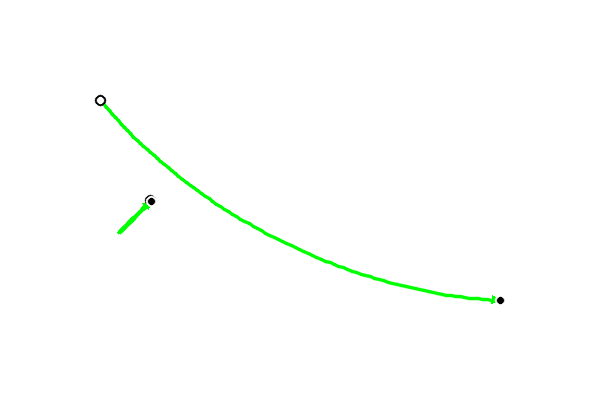
Repository: lilianna111/PiLoT_v2_rebuttal
Script's output: python Pilot_0528/preprocess/vis/vis_feicuiwan/test.py
The author's editor kept a copy of each file at every save. The script's output is drawn from the files as they stood at one save, then again after a run of saves.
Random numbers start from a fixed seed.

Above is the script's output before, as saved 2025-07-31 12:39:11.

### Pilot_0528/preprocess/vis/vis_feicuiwan/test.py
import cv2
import numpy as np

def draw_curved_arrow(img, pt1, pt2, color=(0, 255, 0), thickness=2,
                      arrow_size=8, curve_offset=60):
    """
    使用三次贝塞尔曲线画柔和大弧度箭头
    - curve_offset: 控制两侧控制点向外弯曲的距离（越大越柔和）
    """
    pt1 = np.array(pt1, dtype=np.float32)
    pt2 = np.array(pt2, dtype=np.float32)
    direction = pt2 - pt1
    length = np.linalg.norm(direction)
    if length < 1e-6:
        return

    dir_unit = direction / length
    ortho = np.array([-dir_unit[1], dir_unit[0]])

    # 控制点1：pt1 附近，向外偏移
    ctrl1 = pt1 + dir_unit * (0.3 * length) + ortho * curve_offset

    # 控制点2：pt2 附近，向外偏移（同向）
    ctrl2 = pt2 - dir_unit * (0.3 * length) + ortho * curve_offset

    # 三次贝塞尔插值
    curve = []
    for t in np.linspace(0, 1, 100):
        p = (
            (1 - t)**3 * pt1 +
            3 * (1 - t)**2 * t * ctrl1 +
            3 * (1 - t) * t**2 * ctrl2 +
            t**3 * pt2
        )
        curve.append(tuple(np.round(p).astype(int)))

    # 绘制曲线
    for i in range(len(curve) - 1):
        cv2.line(img, curve[i], curve[i + 1], color, thickness, cv2.LINE_AA)

    # 箭头部分
    p_tip = np.array(curve[-1], dtype=np.float32)
    p_base = np.array(curve[-5], dtype=np.float32)
    dir_vec = p_tip - p_base
    dir_vec /= (np.linalg.norm(dir_vec) + 1e-6)
    ortho = np.array([-dir_vec[1], dir_vec[0]])

    left = p_tip - dir_vec * arrow_size + ortho * arrow_size * 0.5
    right = p_tip - dir_vec * arrow_size - ortho * arrow_size * 0.5
    triangle = np.array([p_tip, left, right], dtype=np.int32)
    cv2.fillPoly(img, [triangle], color)

    # 起终点圆圈
    pt1i = tuple(np.round(pt1).astype(int))
    pt2i = tuple(np.round(pt2).astype(int))
    cv2.circle(img, pt1i, 5, (0, 0, 0), -1, cv2.LINE_AA)
    cv2.circle(img, pt1i, 3, (255, 255, 255), -1, cv2.LINE_AA)
    cv2.circle(img, pt2i, 5, (255, 255, 255), -1, cv2.LINE_AA)
    cv2.circle(img, pt2i, 3, (0, 0, 0), -1, cv2.LINE_AA)


img = np.ones((400, 600, 3), dtype=np.uint8) * 255
draw_curved_arrow(img, (150, 200), (151, 201))  # 距离很近
draw_curved_arrow(img, (100, 100), (500, 300))  # 距离较远
cv2.imshow("Curved Arrows", img)
cv2.waitKey(0)
cv2.destroyAllWindows()

After the next 2 saves:
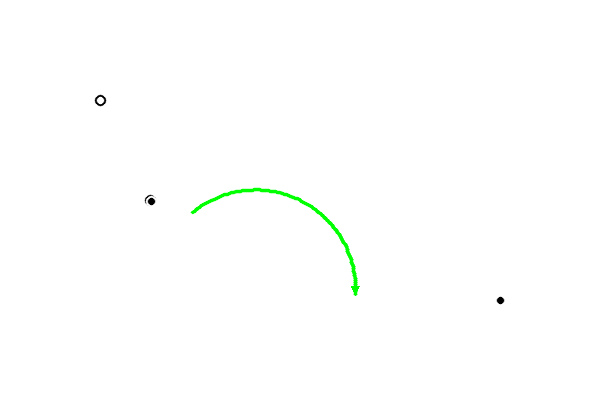
The 2 saves are shown as one change because 1 did not build or start.
The last was saved 2 min 11 s later.
--- a/Pilot_0528/preprocess/vis/vis_feicuiwan/test.py
+++ b/Pilot_0528/preprocess/vis/vis_feicuiwan/test.py
@@ -1,46 +1,54 @@
 import cv2
 import numpy as np
 
-def draw_curved_arrow(img, pt1, pt2, color=(0, 255, 0), thickness=2,
-                      arrow_size=8, curve_offset=60):
+def draw_curved_arrow(img, pt1, pt2, color=(0, 255, 0), thickness=2, arrow_size=8,
+                   arc_radius=100, arc_direction='left'):
     """
-    使用三次贝塞尔曲线画柔和大弧度箭头
-    - curve_offset: 控制两侧控制点向外弯曲的距离（越大越柔和）
+    使用圆弧绕一圈连接 pt1 → pt2，弯曲方向可选
+    - arc_radius: 圆弧的大小（越大弯越大）
+    - arc_direction: 'left' / 'right'（从 pt1 看向 pt2，弯向哪边）
     """
     pt1 = np.array(pt1, dtype=np.float32)
     pt2 = np.array(pt2, dtype=np.float32)
-    direction = pt2 - pt1
-    length = np.linalg.norm(direction)
+    vec = pt2 - pt1
+    length = np.linalg.norm(vec)
     if length < 1e-6:
         return
 
-    dir_unit = direction / length
+    # 基本方向
+    dir_unit = vec / length
     ortho = np.array([-dir_unit[1], dir_unit[0]])
+    if arc_direction == 'right':
+        ortho = -ortho
 
-    # 控制点1：pt1 附近，向外偏移
-    ctrl1 = pt1 + dir_unit * (0.3 * length) + ortho * curve_offset
+    # 圆心在两个点中间偏正交方向 arc_radius 的位置
+    center = (pt1 + pt2) / 2 + ortho * arc_radius
 
-    # 控制点2：pt2 附近，向外偏移（同向）
-    ctrl2 = pt2 - dir_unit * (0.3 * length) + ortho * curve_offset
+    # 极坐标角度
+    def angle(p): return np.arctan2(p[1] - center[1], p[0] - center[0])
+    theta1 = angle(pt1)
+    theta2 = angle(pt2)
 
-    # 三次贝塞尔插值
-    curve = []
-    for t in np.linspace(0, 1, 100):
-        p = (
-            (1 - t)**3 * pt1 +
-            3 * (1 - t)**2 * t * ctrl1 +
-            3 * (1 - t) * t**2 * ctrl2 +
-            t**3 * pt2
-        )
-        curve.append(tuple(np.round(p).astype(int)))
+    # 保证按逆时针或顺时针方向绘制
+    if arc_direction == 'left' and theta2 < theta1:
+        theta2 += 2 * np.pi
+    if arc_direction == 'right' and theta2 > theta1:
+        theta1 += 2 * np.pi
+
+    # 采样圆弧点
+    arc_pts = []
+    for t in np.linspace(theta1, theta2, 100):
+        x = center[0] + arc_radius * np.cos(t)
+        y = center[1] + arc_radius * np.sin(t)
+        arc_pts.append((int(round(x)), int(round(y))))
 
     # 绘制曲线
-    for i in range(len(curve) - 1):
-        cv2.line(img, curve[i], curve[i + 1], color, thickness, cv2.LINE_AA)
+    for i in range(len(arc_pts) - 1):
+        cv2.line(img, arc_pts[i], arc_pts[i + 1], color, thickness, cv2.LINE_AA)
 
-    # 箭头部分
-    p_tip = np.array(curve[-1], dtype=np.float32)
-    p_base = np.array(curve[-5], dtype=np.float32)
+    # 箭头
+    p_tip = np.array(arc_pts[-1], dtype=np.float32)
+    p_base = np.array(arc_pts[-5], dtype=np.float32)
     dir_vec = p_tip - p_base
     dir_vec /= (np.linalg.norm(dir_vec) + 1e-6)
     ortho = np.array([-dir_vec[1], dir_vec[0]])
@@ -50,7 +58,7 @@ def draw_curved_arrow(img, pt1, pt2, color=(0, 255, 0), thickness=2,
     triangle = np.array([p_tip, left, right], dtype=np.int32)
     cv2.fillPoly(img, [triangle], color)
 
-    # 起终点圆圈
+    # 圆圈
     pt1i = tuple(np.round(pt1).astype(int))
     pt2i = tuple(np.round(pt2).astype(int))
     cv2.circle(img, pt1i, 5, (0, 0, 0), -1, cv2.LINE_AA)
@@ -58,7 +66,6 @@ def draw_curved_arrow(img, pt1, pt2, color=(0, 255, 0), thickness=2,
     cv2.circle(img, pt2i, 5, (255, 255, 255), -1, cv2.LINE_AA)
     cv2.circle(img, pt2i, 3, (0, 0, 0), -1, cv2.LINE_AA)
 
-
 img = np.ones((400, 600, 3), dtype=np.uint8) * 255
 draw_curved_arrow(img, (150, 200), (151, 201))  # 距离很近
 draw_curved_arrow(img, (100, 100), (500, 300))  # 距离较远
